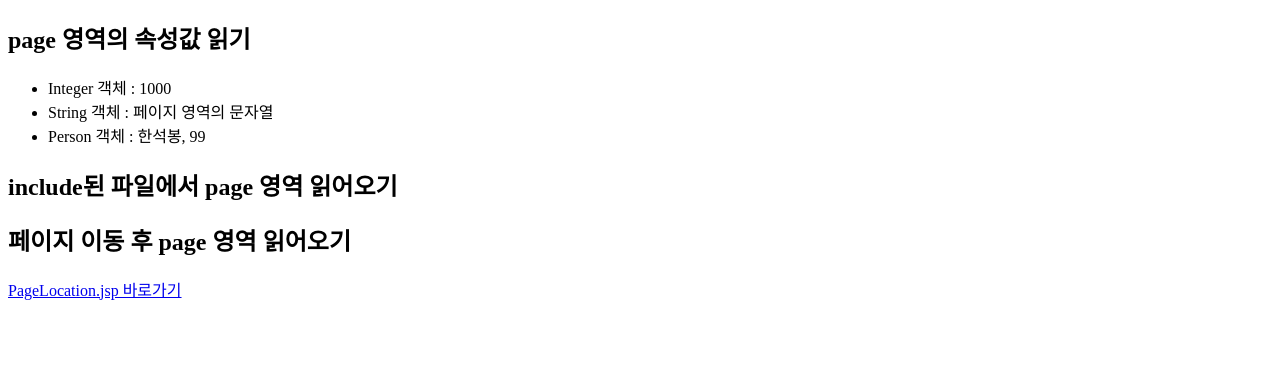
Repository: SteelIndustry/neo
Page: http://localhost/HelloWorld/03Scope/PageContextMain.jsp
The author's editor kept a copy of each file at every save. The page is drawn from the files as they stood at one save, then again after the next save.
The browser window is 1280 px wide. The pictures show the whole page.
The page is served by Tomcat 9.

Above is the page before, as saved 2022-09-05 04:27:04.

After the next save:
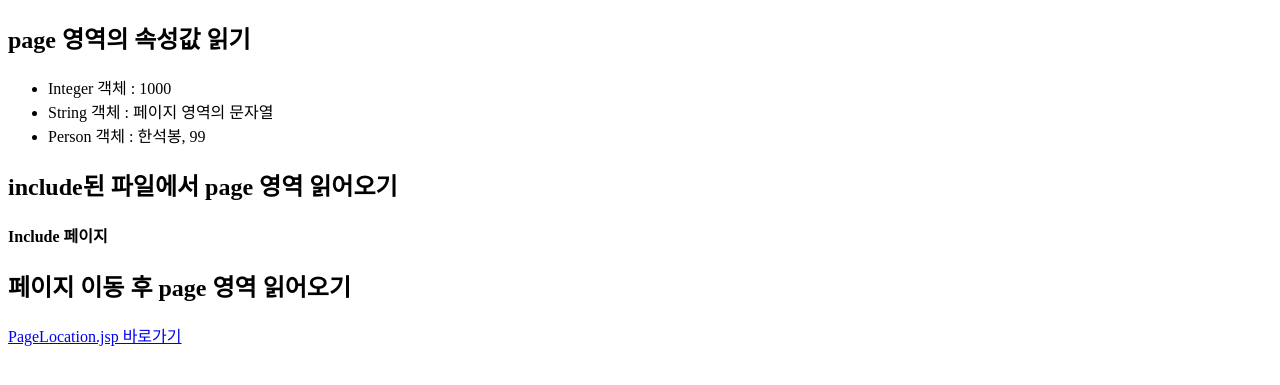
Saved 2 min 29 s later.
--- a/WebJSP/HelloWorld/WebContent/03Scope/PageInclude.jsp
+++ b/WebJSP/HelloWorld/WebContent/03Scope/PageInclude.jsp
@@ -1,12 +1,4 @@
 <%@ page language="java" contentType="text/html; charset=UTF-8"
     pageEncoding="UTF-8"
     trimDirectiveWhitespaces="true"%>
-<html>
-<head>
-<meta charset="UTF-8">
-<title>Include 페이지</title>
-</head>
-<body>
-
-</body>
-</html>
+<h4>Include 페이지</h4>
